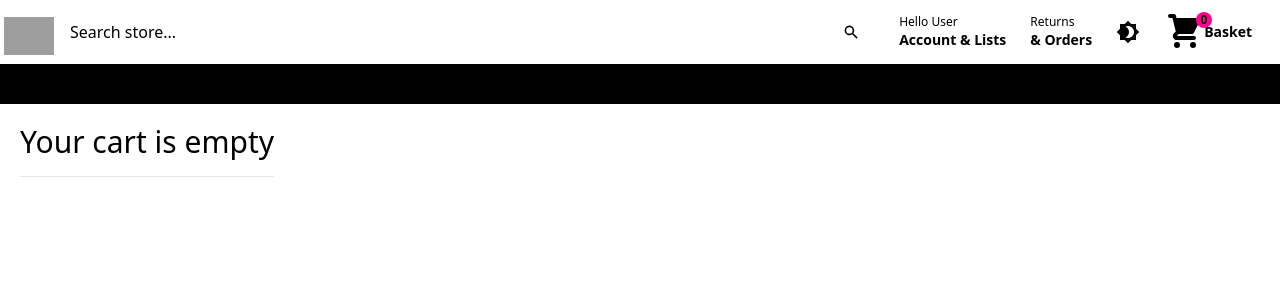
Repository: MarkusDavis/markus-davis-store
Page: /checkout
An editor plug-in stored every save of this project. The page is shown before and after the next save, followed by the edit.
The browser window is 1280 px wide. The pictures show the whole page.
Pictures or frames that could not be fetched are drawn as grey boxes. The project was rebuilt for these pictures with package versions that can differ from the ones it lists, and the page was loaded fresh each time. The framework's server and built-in components were replaced by stand-ins that run in the browser. Also part of the build but not shown: next.config.js, src/components/CheckoutProduct.js.

Above is the page before, as saved 2022-10-10 22:21:09.

### src/pages/_app.js
import { ThemeProvider } from "next-themes";
import { Provider } from "react-redux";
import { store } from "../app/store";
import "../styles/globals.css";
import { SessionProvider } from "next-auth/react";

function MyApp({ Component, pageProps: { session, ...pageProps } }) {
  return (
    <SessionProvider session={session}>
      <ThemeProvider
        forcedTheme={Component.theme || undefined}
        attribute="class"
      >
        <Provider store={store}>
          <Component {...pageProps} />
        </Provider>
      </ThemeProvider>
    </SessionProvider>
  );
}

export default MyApp;

### src/pages/checkout.js
import Image from "next/image";
import React from "react";
import { useSelector } from "react-redux";
import CheckoutProduct from "../components/CheckoutProduct";
import Header from "../components/Header";
import { selectItems } from "../slices/basketSlice";

function checkout() {
  const items = useSelector(selectItems);
  return (
    <div className="">
      <Header />

      <main className="lg:flex max-w-screen-2xl mx-auto">
        <div className="flex flex-col p-5 space-y-10">
          <h1 className="text-3xl border-b pb-4">
            {items.length === 0 ? "Your cart is empty" : "Your Shopping Cart"}
          </h1>
          {items.map((item, i) => (
            <CheckoutProduct
              key={i}
              id={item.id}
              title={item.title}
              rating={item.rating}
              price={item.price}
              description={item.description}
              category={item.category}
              image={item.image}
              hasPlus={item.hasPlus}
            />
          ))}
        </div>
      </main>
    </div>
  );
}

export default checkout;

### src/styles/globals.css
@tailwind base;
@tailwind components;
@tailwind utilities;

@layer components {
  .link {
    @apply cursor-pointer hover:underline hover:text-primary;
  }
}

### src/components/Header.js
import React from "react";
import { signIn, signOut, useSession } from "next-auth/react";
import Image from "next/image";
import Brightness4Icon from "@material-ui/icons/Brightness4";
import { MenuIcon, ShoppingCartIcon, SearchIcon } from "@heroicons/react/solid";
import { useTheme } from "next-themes";
import { useRouter } from "next/router";
function Header() {
  const { theme, setTheme } = useTheme();
  const router = useRouter();
  return (
    <header className="sticky top-0 z-50">
      <div className="flex items-center p-1 flex-grow py-2 bg-light-primary dark:bg-dark-secondary">
        <div className="mt-2 flex items-center flex-grow sm:flex-grow-0">
          <Image
            onClick={() => router.push("/")}
            src="https://firebasestorage.googleapis.com/v0/b/markusdavisstore.appspot.com/o/logo.png?alt=media&token=0af606cd-bb13-4314-b5bf-a095e056261e"
            width={50}
            height={40}
            objectFit="contain"
            className="cursor-pointer"
          />
        </div>
        <div className="hidden sm:flex items-center h-10 rounded-md flex-grow cursor-pointer hover:bg-light-secondary dark:hover:bg-dark-primary">
          <input
            className="p-2 h-full w-6 flex-grow flex-shrink rounded-l-md focus:outline-none px-4 bg-transparent dark:text-white dark:placeholder:text-white placeholder:text-black"
            type="text"
            placeholder="Search store..."
          />
          <SearchIcon className="h-12 p-4 dark:text-white" />
        </div>
        <div className="flex items-center text-xs space-x-6 mx-6 whitespace-nowrap">
          <div onClick={signIn} className="link">
            <p className="">Hello User</p>
            <p className="font-extrabold md:text-sm">Account & Lists</p>
          </div>
          <div className="link">
            <p className="">Returns</p>
            <p className="font-extrabold md:text-sm">& Orders</p>
          </div>
          <Brightness4Icon
            className="cursor-pointer hover:text-primary border border-none rounded-full"
            onClick={() => {
              setTheme(theme === "light" ? "dark" : "light");
            }}
          />
          <div
            onClick={() => router.push("/checkout")}
            className="relative link flex items-center"
          >
            <span className="absolute top-0 right-0 md:right-10 h-4 w-4 bg-primary text-center rounded-full font-bold dark:text-white">
              0
            </span>
            <ShoppingCartIcon className="h-10 dark:text-white" />
            <p className="hidden md:inline font-extrabold text-sm">Basket</p>
          </div>
        </div>
      </div>
      <div className="flex items-center space-x-3 p-2 pl-6 bg-dark-primary text-sm">
        <p className="link flex items-center">
          <MenuIcon className="h-6 mr-1" />
          All
        </p>
        <p className="link">Prime Video</p>
        <p className="link">Business</p>
        <p className="link">Today's Deals</p>
        <p className="link hidden lg:inline-flex">Electronics</p>
        <p className="link hidden lg:inline-flex">Food & Grocery</p>
        <p className="link hidden lg:inline-flex">Prime</p>
        <p className="link hidden lg:inline-flex">Buy Again</p>
        <p className="link hidden lg:inline-flex">Shopper Toolkit</p>
        <p className="link hidden lg:inline-flex">Health & Personal Care</p>
      </div>
    </header>
  );
}

export default Header;

### tailwind.config.js
module.exports = {
  mode: "jit",
  purge: [
    "./src/pages/**/*.{js,ts,jsx,tsx}",
    "./src/components/**/*.{js,ts,jsx,tsx}"
  ],
  darkMode: "class",
  theme: {
    extend: {
      colors: {
       primary: "#ff0390",
       secondary: "#d3d3d3",

        light: {
          primary: "#fff",
          secondary: "#d3d3d3"
        },
        dark: {
          primary: "#000",
          secondary: "#323232"
        }
      }
    }
  },
  variants: {
    extend: {}
  },
  plugins: [require("@tailwindcss/line-clamp")]
};

Loaded but not shown: src/app/store.js (common file); src/slices/basketSlice.js (common file)

After the next save:
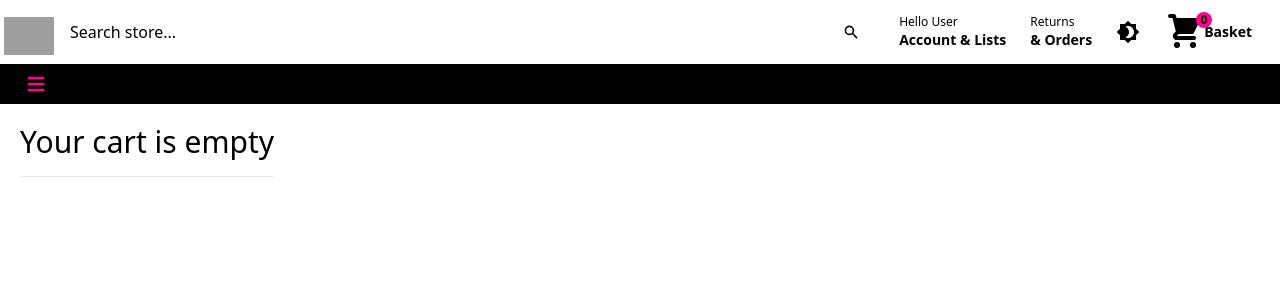
Saved 6 min 50 s later.
--- a/src/components/Header.js
+++ b/src/components/Header.js
@@ -58,15 +58,15 @@ function Header() {
       </div>
       <div className="flex items-center space-x-3 p-2 pl-6 bg-dark-primary text-sm">
         <p className="link flex items-center">
-          <MenuIcon className="h-6 mr-1" />
+          <MenuIcon className="h-6 mr-1 text-primary" />
           All
         </p>
-        <p className="link">Prime Video</p>
+        <p className="link">Gaming</p>
         <p className="link">Business</p>
-        <p className="link">Today's Deals</p>
+        <p className="link">Clothing</p>
         <p className="link hidden lg:inline-flex">Electronics</p>
         <p className="link hidden lg:inline-flex">Food & Grocery</p>
-        <p className="link hidden lg:inline-flex">Prime</p>
+        <p className="link hidden lg:inline-flex">Plus</p>
         <p className="link hidden lg:inline-flex">Buy Again</p>
         <p className="link hidden lg:inline-flex">Shopper Toolkit</p>
         <p className="link hidden lg:inline-flex">Health & Personal Care</p>
